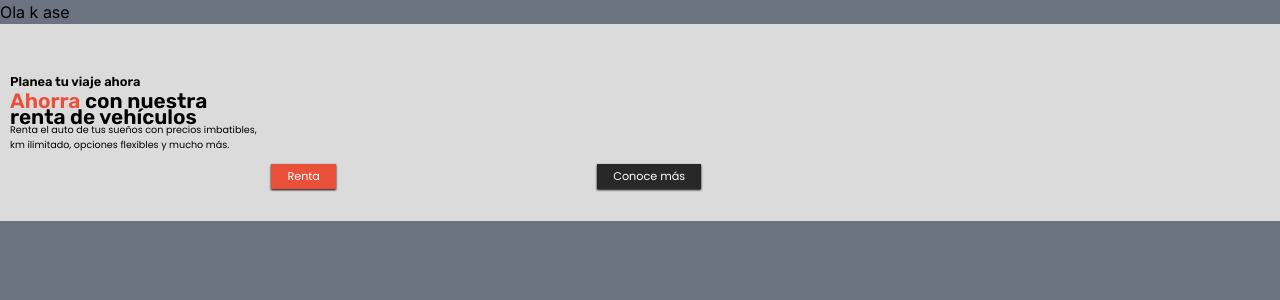
Repository: aldovelacasas/PF_RentCar2
Page: /homePage
An editor plug-in stored every save of this project. The page is shown before and after the next save, followed by the edit.
The browser window is 1280 px wide. The pictures show the whole page.
The project was rebuilt for these pictures with package versions that can differ from the ones it lists, and the page was loaded fresh each time. The framework's server and built-in components were replaced by stand-ins that run in the browser. Also part of the build but not shown: next.config.js.

Above is the page before, as saved 2023-08-29 19:24:23.

### src/app/layout.jsx
import "./globals.css";
import { Inter } from "next/font/google";

const inter = Inter({ subsets: ["latin"] });

export const metadata = {
  title: "Create Next App",
  description: "Generated by create next app",
};

export default function RootLayout({ children }) {
  return (
    <html lang="en">
      <body className={inter.className}>
        <h1>Ola k ase</h1>
        <div className="h-[calc(100vh-5rem)]">{children}</div>
      </body>
    </html>
  );
}

### src/app/homePage/page.jsx
import { Rubik, Poppins } from "next/font/google";

const fontRubik = Rubik({
  weight: "600",
  subsets: ["latin"],
});

const fontPoppins = Poppins({
  weight: "400",
  subsets: ["latin"],
});
const poppins = fontPoppins.className;
const rubik = fontRubik.className;

function HomePage() {
  return (
    <div className={`bg-gris_fondo ${rubik} space-y-0 space-x-2.5`}>
      <p className={`pt-12 ml-2.5 text-[0.8em]`}>Planea tu viaje ahora</p>
      <p className="text-[1.3em] mb-0 pb-0 leading-5">
        <span className="text-naranja_enf mb-0 pb-0 leading-3">Ahorra </span>
        con nuestra
      </p>
      <p className="text-[1.3em] mt-0 pt-0 leading-3">renta de vehículos</p>
      <div>
        <p className={`${poppins} text-[0.6em]`}>
          Renta el auto de tus sueños con precios imbatibles,
        </p>
        <p className={`${poppins} text-[0.6em]`}>
          km ilimitado, opciones flexibles y mucho más.
        </p>
        <div className="flex place-content-evenly w-3/4 mt-3 pb-8">
          <a
            href="#form"
            className={`bg-naranja_enf text-white text-[0.7em] px-4 py-1 ${poppins} shadow-sm shadow-black`}>
            Renta
          </a>
          <a
            href="#form"
            className={`bg-negro_fondo text-white text-[0.7em] px-4 py-1 ${poppins} shadow-sm shadow-black`}>
            Conoce más
          </a>
        </div>
      </div>
    </div>
  );
}

export default HomePage;

### src/app/globals.css
@tailwind base;
@tailwind components;
@tailwind utilities;

body {
   @apply bg-gray-500; /* Fondo más claro */
   color: gray-800; /* Texto oscuro */
}

### tailwind.config.js
/** @type {import('tailwindcss').Config} */
module.exports = {
  content: [
    "./src/pages/**/*.{js,ts,jsx,tsx,mdx}",
    "./src/components/**/*.{js,ts,jsx,tsx,mdx}",
    "./src/app/**/*.{js,ts,jsx,tsx,mdx}",
  ],
  theme: {
    extend: {
      backgroundImage: {
        "gradient-radial": "radial-gradient(var(--tw-gradient-stops))",
        "gradient-conic":
          "conic-gradient(from 180deg at 50% 50%, var(--tw-gradient-stops))",
      },
      colors: {
        gris_fondo: "#dbdbdb",
        gris_frente: "#e9e9e9",
        negro_fondo: "#282828",
        naranja_enf: "#ea4f39",
        rojo_status: "#e30613",
        verde_status: "#4aaf4d",
        amarillo_status: "#f0e400",
      },
    },
  },
  plugins: [],
};

After the next save:
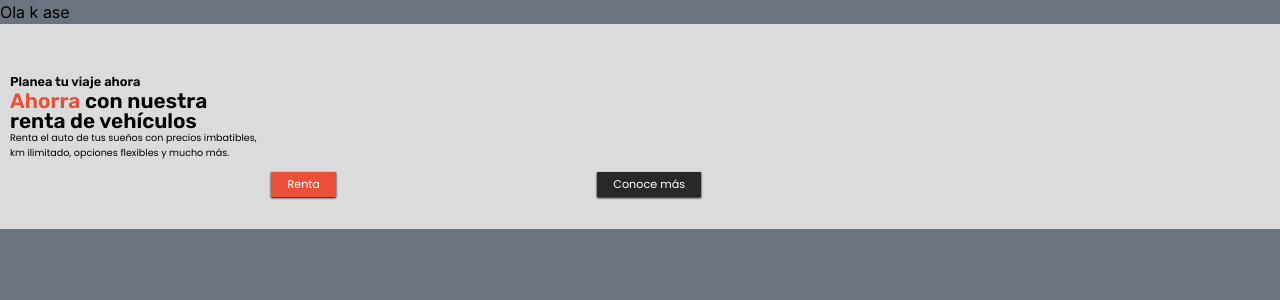
Saved 12 s later.
--- a/src/app/homePage/page.jsx
+++ b/src/app/homePage/page.jsx
@@ -17,10 +17,10 @@ function HomePage() {
     <div className={`bg-gris_fondo ${rubik} space-y-0 space-x-2.5`}>
       <p className={`pt-12 ml-2.5 text-[0.8em]`}>Planea tu viaje ahora</p>
       <p className="text-[1.3em] mb-0 pb-0 leading-5">
-        <span className="text-naranja_enf mb-0 pb-0 leading-3">Ahorra </span>
+        <span className="text-naranja_enf mb-0 pb-0">Ahorra </span>
         con nuestra
       </p>
-      <p className="text-[1.3em] mt-0 pt-0 leading-3">renta de vehículos</p>
+      <p className="text-[1.3em] mt-0 pt-0 leading-5">renta de vehículos</p>
       <div>
         <p className={`${poppins} text-[0.6em]`}>
           Renta el auto de tus sueños con precios imbatibles,
